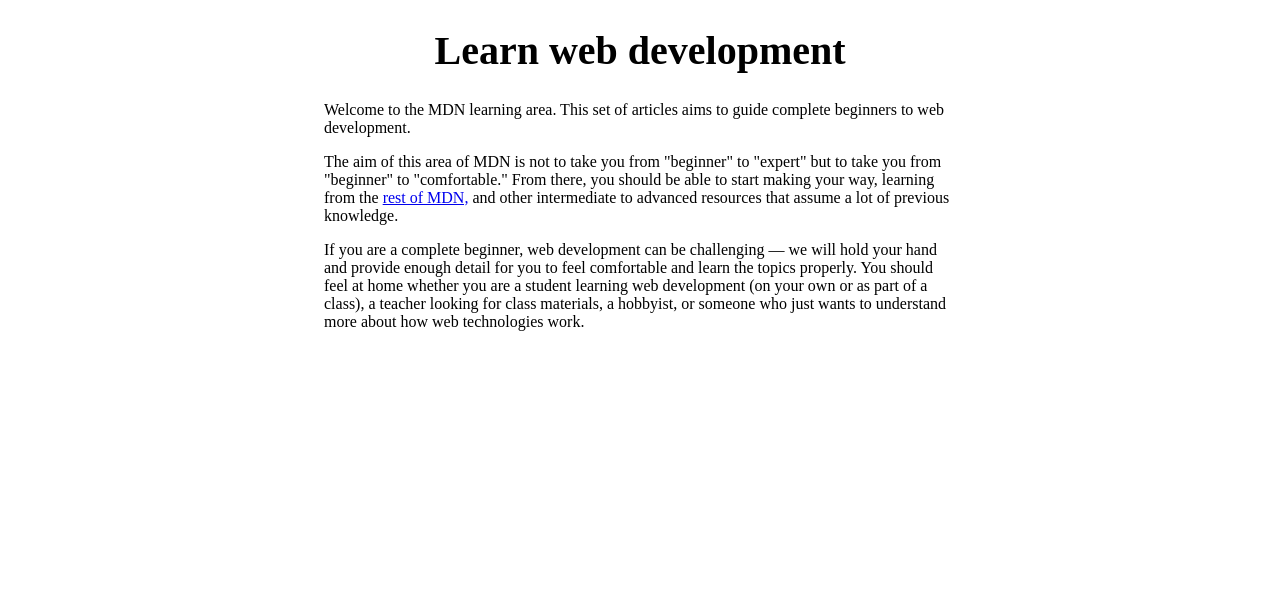
Repository: sriram1224/ReactProjects.github.io
Page: Assignments/Assignment2/index.html
The author's editor kept a copy of each file at every save. The page is drawn from the files as they stood at one save, then again after the next save.
The browser window is 1280 px wide. The pictures show the whole page.
Some web libraries are served in a nearby version.

Above is the page before, as saved 2024-03-01 10:56:05.

### Assignments/Assignment2/index.html
<!DOCTYPE html>
<html>
  <head>
    <meta charset="UTF-8" />
    <title>Hello React!</title>
    <script src="https://unpkg.com/react@17/umd/react.development.js"></script>
    <script src="https://unpkg.com/react-dom@17/umd/react-dom.development.js"></script>
    <script src="https://unpkg.com/babel-standalone@6/babel.min.js"></script>
    <style>
        #root {
          margin: 0 auto;
          width: 50%;

        }
        #title {

          font-size: 2.5em;
          text-align: center;
        }
    </style>
  </head>
  <body>
    <div id="root"></div>
    <script type="text/babel">
      const TopicHeader = () => (
        <div>
          <h1 id='title'>Learn web development</h1>
          <p id='para'>
            Welcome to the MDN learning area. This set of articles aims to guide complete beginners to web development.
          </p>
          <p id='para'>
            The aim of this area of MDN is not to take you from "beginner" to "expert" but to
take you from "beginner" to "comfortable." From there, you should be able to start
making your way, learning from the <a href="www.example.com">rest of MDN,</a> and other intermediate to
advanced resources that assume a lot of previous knowledge.
          </p>
          <p id='para'>
            If you are a complete beginner, web development can be challenging — we will hold
your hand and provide enough detail for you to feel comfortable and learn the topics
properly. You should feel at home whether you are a student learning web
development (on your own or as part of a class), a teacher looking for class
materials, a hobbyist, or someone who just wants to understand more about how
web technologies work.
          </p>
        </div>
      );

      ReactDOM.render(<TopicHeader />, document.getElementById('root'));
    </script>
  </body>
</html>

After the next save:
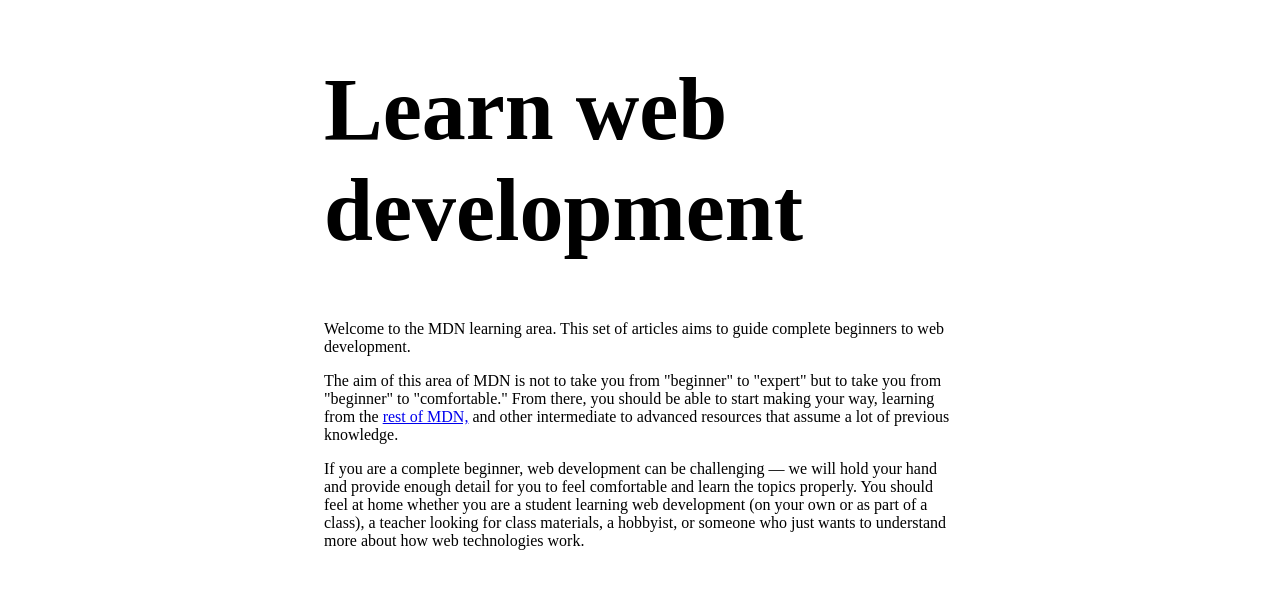
Saved 24 s later.
--- a/Assignments/Assignment2/index.html
+++ b/Assignments/Assignment2/index.html
@@ -14,8 +14,8 @@
         }
         #title {
 
-          font-size: 2.5em;
-          text-align: center;
+          font-size: 5.5em;
+
         }
     </style>
   </head>
